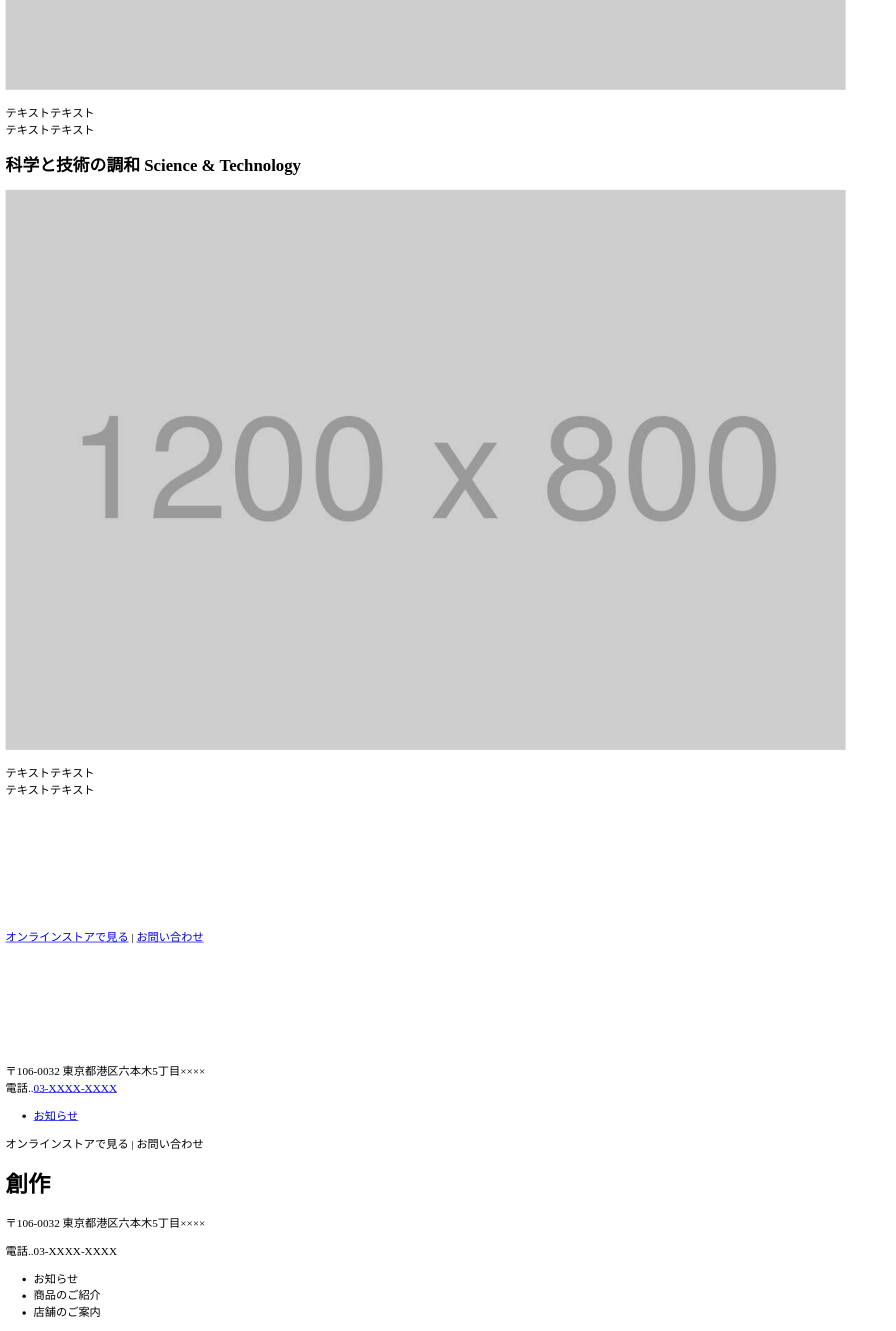
Repository: Fuki-san/wagashi
Page: http://localhost/wagashi
The author's editor kept a copy of each file at every save. The page is drawn from the files as they stood at one save, then again after a run of saves.
The browser window is 1280 px wide. The pictures show the part of the page from y = 1325 to 3245 px (the page is 3227 px tall before and 3245 px after), at 70% of full size.
The page is served by the project's Laravel application, run on PHP 8.4 with Laravel 10. Other server files are loaded and not shown.

Above is the page before, as saved 2023-12-02 19:05:32.

### routes/web.php
<?php

use Illuminate\Support\Facades\Route;
use Spatie\FlareClient\View;

/*
|--------------------------------------------------------------------------
| Web Routes
|--------------------------------------------------------------------------
|
| Here is where you can register web routes for your application. These
| routes are loaded by the RouteServiceProvider and all of them will
| be assigned to the "web" middleware group. Make something great!
|
*/

Route::get('/', function () {
    return view('welcome');
});

Route::get('wagashi', function() {
    return View('wagashi');
})->name('wagashi');

### resources/views/wagashi.blade.php
@extends('layouts.main')

@section('title', 'wagashi')

@section('content')
    <header id="header">
        <h1 class="site-title"><a href="#"><img src="img/logo.svg" alt=""></a></h1>
        <nav id="nav">
            <ul>
                <li><a href="#news">お知らせ</a></li>
                <li><a href="#products1">商品のご紹介</a></li>
                <li><a href="#shop">店舗のご案内</a></li>
            </ul>
        </nav>
        <div class="onlinestore"><a href="#" target="_blank" rel="noopener noreferrer">オンラインストアで見る</a></div>
    </header>

    <main>
        <section id="news" class="wrapper">

            <h2 class="sec-title">
                <span class="en">News</span>
                <span class="ja">お知らせ</span>
            </h2>

            <dl class="list">
                <dt>2021.01.01</dt>
                <dd>タイトルタイトルタイトル</dd>
                <dt>2021.01.01</dt>
                <dd>タイトルタイトルタイトル</dd>
                <dt>2021.01.01</dt>
                <dd>タイトルタイトルタイトル</dd>
                <dt>2021.01.01</dt>
                <dd>タイトルタイトルタイトル</dd>
                <dt>2021.01.01</dt>
                <dd>タイトルタイトルタイトル</dd>
            </dl>
        </section>

        <section id="products1" class="wrapper">
            <h2 class="site-title">
                <span class="ja">新しい価値の創造</span>
                <span class="en">Create New Values</span>
            </h2>

            <div class="img">
                <img src="img/products1.jpg" alt="">
                <p class="text">テキストテキスト<br>テキストテキスト</p>
            </div>
        </section>

        <section id="products2" class="wrapper">
            <h2 class="sec-title">
                <span class="ja">科学と技術の調和</span>
                <span class="en">Science & Technology</span>
            </h2>
            <div class="img">
                <img src="img/products2.jpg" alt="">
                <p class="text">テキストテキスト<br>テキストテキスト</p>
            </div>
        </section>

        <div id="shop">
            <iframe src="" frameborder="0"></iframe>
        </div>

    </main>

    <footer id="footer">

        <div class="inner">
            <div class="left">
                <p><a href="#" target="_blank">オンラインストアで見る</a> | <a href="mailto:xxxx@gmail.com">お問い合わせ</a></p>
            </div>
            <div class="right">
                <div class="logo"><img src="img/logo.svg" alt=""></div>
                <p class="info">
                    〒106-0032 東京都港区六本木5丁目××××<br>
                    電話..<a href="tel:03-XXXX-XXXX">03-XXXX-XXXX</a>
                </p>
                <ul class="menu">
                    <li><a href="#news">お知らせ</a></li>
                </ul>
            </div>
        </div>


        <div class="flex">
            <div>オンラインストアで見る | お問い合わせ</div>
            <div class="nav">
                <h1 class="site-title">創作</h1>
                <p>〒106-0032 東京都港区六本木5丁目××××</p>
                <p>電話..03-XXXX-XXXX</p>
                <nav>
                    <ul>
                        <li>お知らせ</li>
                        <li>商品のご紹介</li>
                        <li>店舗のご案内</li>
                    </ul>
                </nav>
            </div>
        </div>
    </footer>

@endsection

### resources/views/layouts/main.blade.php
<!DOCTYPE html>
<html lang="ja">
<head>
    <meta charset="UTF-8">
    <meta name="viewport" content="width=device-width, initial-scale=1.0">
    <meta http-equiv="X-UA-Compatible" content="ie=edge">
    <link rel="stylesheet" href="{{ asset('css/reset.css') }}">
    <link rel="stylesheet" href="{{ asset('css/style.css') }}">
    <link rel="icon" href="img/favicon.ico">
    <title>@yield('title')</title>
</head>
<body>
    @yield('content')
</body>
</html>

### public/img/logo.svg
<?xml version="1.0" encoding="utf-8"?>
<!-- Generator: Adobe Illustrator 15.1.0, SVG Export Plug-In . SVG Version: 6.00 Build 0)  -->
<!DOCTYPE svg PUBLIC "-//W3C//DTD SVG 1.1//EN" "http://www.w3.org/Graphics/SVG/1.1/DTD/svg11.dtd">
<svg version="1.1" id="レイヤー_1" xmlns="http://www.w3.org/2000/svg" xmlns:xlink="http://www.w3.org/1999/xlink" x="0px"
	 y="0px" width="57.4775391px" height="131.578125px" viewBox="0 0 57.4775391 131.578125"
	 style="enable-background:new 0 0 57.4775391 131.578125;" xml:space="preserve">
<style type="text/css">
<![CDATA[
	.st0{fill:#FFFFFF;}
]]>
</style>
<g>
	<path class="st0" d="M28.3789063,35.8789063l6.5400391,4.859375c-0.3603516,0.4804688-1.2001953,1.0800781-2.3398438,1.2607422
		v12.0595703c-0.0605469,0.359375-3.4199219,1.5-5.5195313,1.5h-1.0800781v-3.6601563H15.2998047v2.6992188
		c0,0.4208984-1.9199219,1.8007813-5.1601563,1.8007813H9.0595703v-10.5
		c-1.7392578,3.2402344-4.2597656,6.2998047-7.9189453,8.8798828l-0.6005859-0.6005859c5.5205078-8.21875,6-18.4785156,6-26.7587891
		v-9.1191406c-1.9199219,1.3798828-3.9599609,2.5800781-6.0595703,3.6591797L0,21.4199219
		C6.1796875,15.6601563,11.3994141,6.4199219,13.5,0l9.7197266,1.9804688
		c-0.2402344,0.7197266-0.7802734,1.0800781-2.3398438,1.3193359c20.5185547,3.7207031,13.3789063,15.9599609,7.9189453,11.8798828
		c-0.9599609-3.4199219-4.0195313-7.9794922-8.5195313-11.2792969c-2.0400391,3.1796875-4.7392578,6.5390625-7.9794922,9.6591797
		H19.5l2.9990234-3.8398438c0,0,3.4804688,2.6396484,5.5800781,4.5595703
		c-0.1796875,0.6601563-0.7802734,0.9609375-1.6201172,0.9609375H11.7001953l-0.2402344-0.9003906
		c-1.1396484,1.0195313-2.3398438,2.0400391-3.5400391,2.9394531l6,2.2207031h10.9189453l3.0605469-3.3603516L34.4384766,21
		c-0.359375,0.4794922-1.2597656,1.0195313-2.4599609,1.3193359v11.9394531
		c-0.0595703,0.3603516-3.359375,1.5605469-5.4589844,1.5605469h-1.0800781v-1.8007813H12.5400391
		C12.4199219,35.21875,12.2402344,36.4189453,12,37.6787109l4.0800781,1.5595703h9.2988281L28.3789063,35.8789063z
		 M25.4394531,32.3388672v-4.6796875H12.8994141c0,1.4404297-0.0595703,3-0.1796875,4.6796875H25.4394531z M12.8994141,21.1796875
		v4.7998047h12.5400391v-4.7998047H12.8994141z M25.9794922,50.1582031v-9.2392578H15.2998047v9.2392578H25.9794922z
		 M43.2587891,41.7587891c0,0.6601563-2.6396484,1.859375-4.9199219,1.859375h-1.1396484V5.2197266L45.2988281,6
		c-0.1201172,0.7802734-0.6005859,1.3203125-2.0400391,1.5605469V41.7587891z M56.7578125,2.1005859
		C56.578125,3,55.9785156,3.6005859,54.5380859,3.7802734v44.8183594c0,4.6796875-0.9599609,7.3193359-8.4599609,8.0390625
		c-0.1796875-2.0996094-0.4794922-3.6591797-1.3798828-4.7392578c-0.9599609-1.0205078-2.2197266-1.7998047-5.0996094-2.2197266
		v-0.8408203c0,0,5.9394531,0.3603516,7.2001953,0.3603516c0.9599609,0,1.2597656-0.2998047,1.2597656-1.0800781V1.2001953
		L56.7578125,2.1005859z"/>
	<path class="st0" d="M17.4599609,94.0800781c-0.1806641,0.5390625-0.7207031,0.9589844-1.8603516,1.1992188v34.2587891
		c-0.1201172,0.5400391-3,2.0400391-5.7597656,2.0400391H8.5195313v-31.3789063
		c-2.3994141,2.7597656-4.9794922,5.1601563-7.7392578,7.2001953l-0.7197266-0.5400391
		c5.3398438-7.5,10.9189453-19.6796875,13.9189453-31.6787109l9.5400391,3.1796875
		c-0.2998047,0.7802734-1.0800781,1.2597656-2.4003906,1.2001953c-2.0400391,4.859375-4.3798828,9.2988281-6.9589844,13.3193359
		L17.4599609,94.0800781z M39.9589844,89.7597656v11.0996094h4.7998047l3.6591797-4.7998047
		c0,0,4.140625,3.2998047,6.7197266,5.5800781c-0.1796875,0.6591797-0.8398438,0.9599609-1.6796875,0.9599609H39.9589844v11.3388672
		h5.1591797l4.0205078-5.2197266c0,0,4.4394531,3.5400391,7.1992188,5.9404297
		c-0.1796875,0.6591797-0.8398438,0.9599609-1.7402344,0.9599609H39.9589844v14.0390625
		c0,0.4199219-2.2207031,1.859375-5.9404297,1.859375h-1.3193359V89.7597656h-1.4404297
		c-3.8994141,5.8798828-8.3994141,10.6796875-13.4394531,14.2792969l-0.6601563-0.4794922
		c4.6201172-6.7802734,9.6601563-17.6992188,12.3603516-28.3193359l9.6591797,3.4199219
		c-0.2998047,0.7802734-1.0800781,1.2597656-2.4599609,1.1396484c-1.3798828,2.9404297-2.8203125,5.7597656-4.4394531,8.3398438
		h14.0996094l3.9589844-5.1591797c0,0,4.4404297,3.4794922,7.1396484,5.8193359
		c-0.1796875,0.6601563-0.8398438,0.9599609-1.6796875,0.9599609H39.9589844z"/>
</g>
</svg>

Loaded but not shown: public/css/style.css (no copy from this time; the picture is the same without it)

After the next 2 saves:
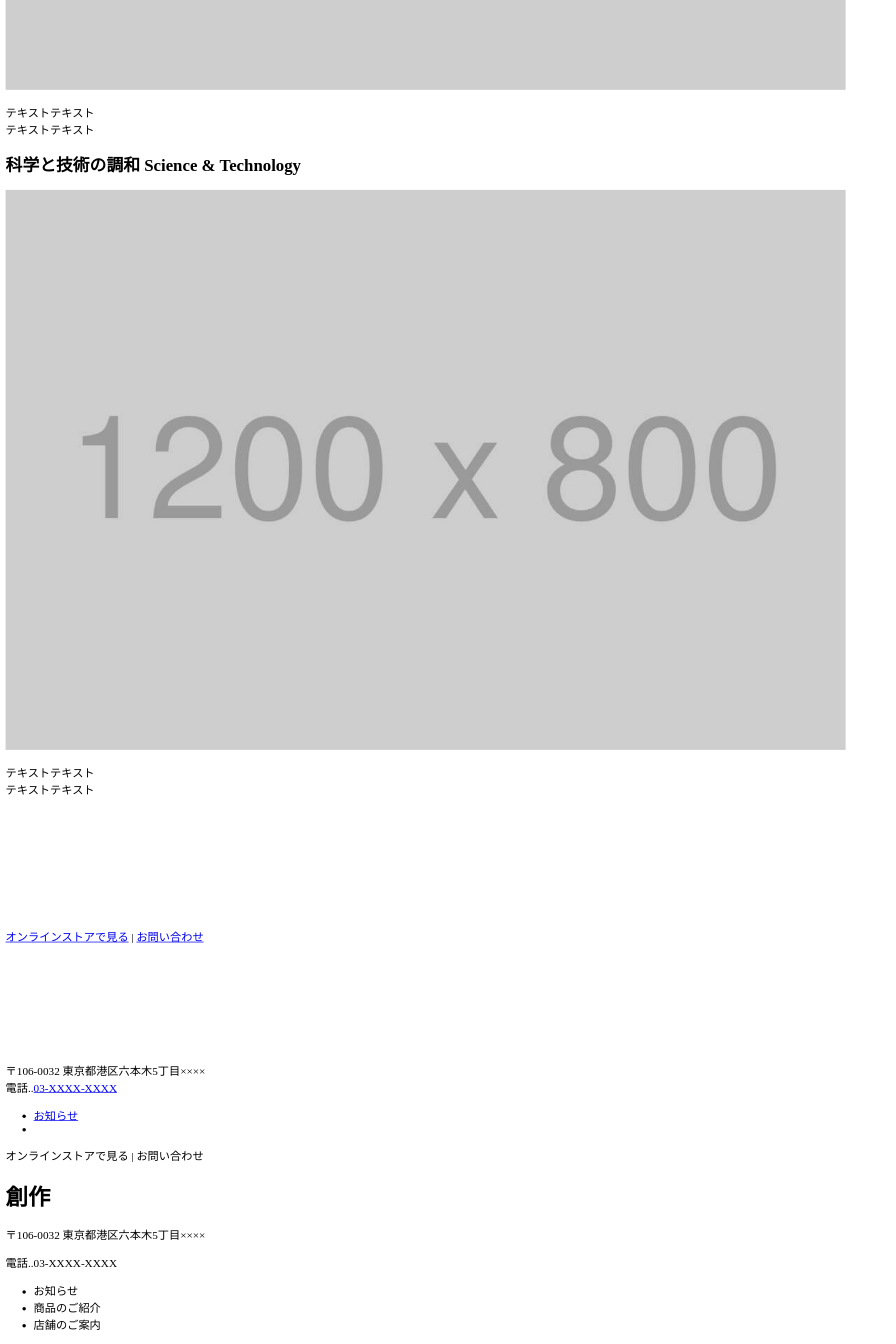
The 2 saves are shown as one change because they came seconds apart.
The last was saved 5 s later.
--- a/resources/views/wagashi.blade.php
+++ b/resources/views/wagashi.blade.php
@@ -80,6 +80,7 @@
                 </p>
                 <ul class="menu">
                     <li><a href="#news">お知らせ</a></li>
+                    <li><a href="#"></a></li>
                 </ul>
             </div>
         </div>
